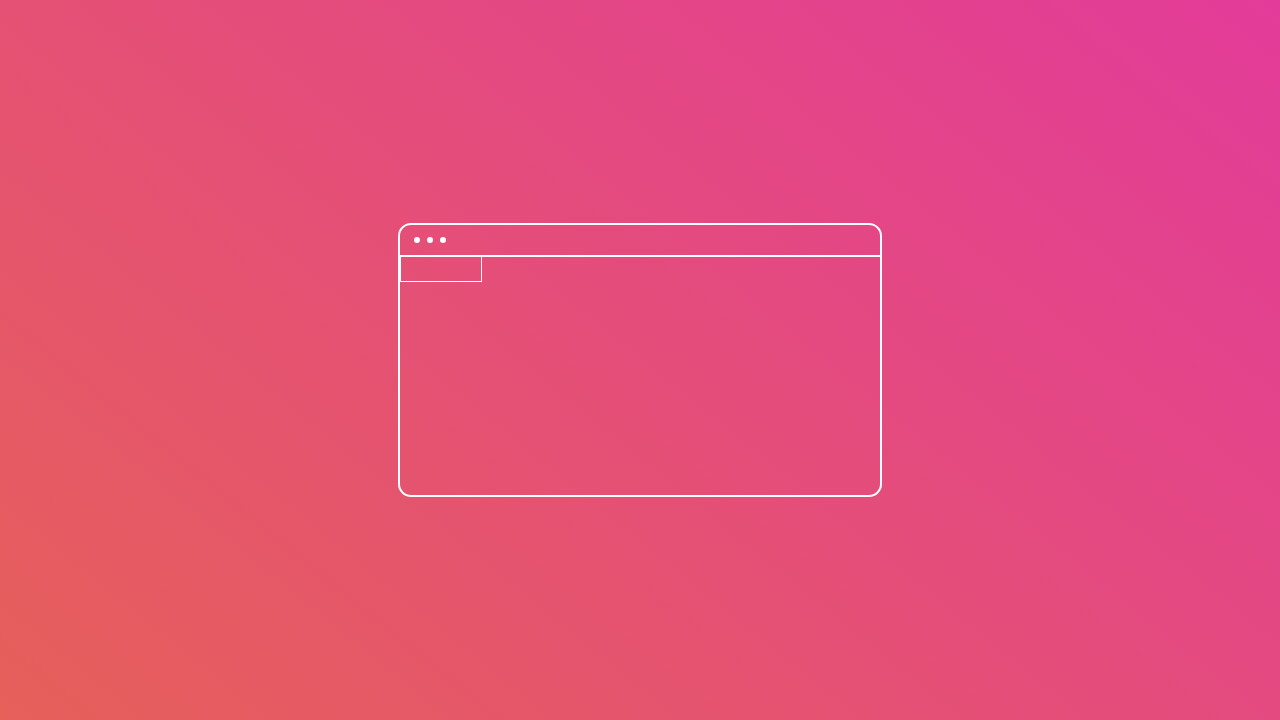
Repository: wrzonki/3d-css
Page: index.html
The author's editor kept a copy of each file at every save. The page is drawn from the files as they stood at one save, then again after the next save.
The browser window is 1280 px wide. The pictures show the whole page.
The style sheet was rebuilt from its Sass, Less or Tailwind sources for each picture, by a compiler version that may differ from the author's.

Above is the page before, as saved 2019-11-25 21:10:14.

### index.html
<!DOCTYPE html>
<html lang="en">
<head>
    <meta charset="UTF-8">
    <meta name="viewport" content="width=device-width, initial-scale=1.0">
    <meta http-equiv="X-UA-Compatible" content="ie=edge">
    <link rel="stylesheet" href="index.css">
    <title>Document</title>
</head>
<body>
    <div id="wrapper">
        <div id="device" class="desktop">
            <div class="nav">
                <div></div>
                <div></div>
                <div></div>
            </div>
            <div class="bar"></div>
            <div class="tab"></div>
        </div>
    </div>
</body>
</html>

### index.scss
body {
    margin: 0;
    padding: 0;
}

#wrapper {
    width: 100vw;
    height: 100vh;
    display: flex;
    justify-content: center;
    align-items: center;
    background: linear-gradient(219deg, #dc00ff, #ec9400);
    background-size: 400% 400%;
    -webkit-animation: AnimationName 13s ease infinite;
    -moz-animation: AnimationName 13s ease infinite;
    -o-animation: AnimationName 13s ease infinite;
    animation: AnimationName 13s ease infinite;
    @-webkit-keyframes AnimationName {
        0%{background-position:22% 0%}
        50%{background-position:79% 100%}
        100%{background-position:22% 0%}
    }
    @-moz-keyframes AnimationName {
        0%{background-position:22% 0%}
        50%{background-position:79% 100%}
        100%{background-position:22% 0%}
    }
    @-o-keyframes AnimationName {
        0%{background-position:22% 0%}
        50%{background-position:79% 100%}
        100%{background-position:22% 0%}
    }
    @keyframes AnimationName {
        0%{background-position:22% 0%}
        50%{background-position:79% 100%}
        100%{background-position:22% 0%}
    }
}


#device {
    border: 2px solid #fff;
    border-radius: 13px;
    position: relative;
    .bar {
        width: 100%;
        height: 2px;
        background-color: #fff;
        position: absolute;
    }
    .nav {
        width: 40px;
        margin-left: 10px;
        height: 30px;
        position: relative;
        display: flex;
        justify-content: space-around;
        align-items: center;
        div {
            width: 6px;
            height: 6px;
            border-radius: 50%;
            background-color: #fff;
        }
    }
    .tab {
        width: 80px;
        height: 25px;
        border: 1px solid #fff;
    }
    $desktopRatioScale: 30px;
    $desktopWidth: 16 ;
    $desktopheight: 9;

    $tabletRatioScale: 80px;
    $tabletWidth: 3;
    $tabletheight: 4;

    $smartphoneRatioScale: 20px;
    $smartphoneWidth: 9;
    $smartphoneheight: 19.5;


    &.desktop {
        width: $desktopWidth * $desktopRatioScale;
        height: $desktopheight * $desktopRatioScale;
        .bar {
            top: 30px;
        }
    }
    &.tablet {
        width: $tabletWidth * $tabletRatioScale;
        height: $tabletheight * $tabletRatioScale;
    }
    &.smartphone {
        width: $smartphoneWidth * $smartphoneRatioScale;
        height: $smartphoneheight * $smartphoneRatioScale;
    }

}

After the next save:
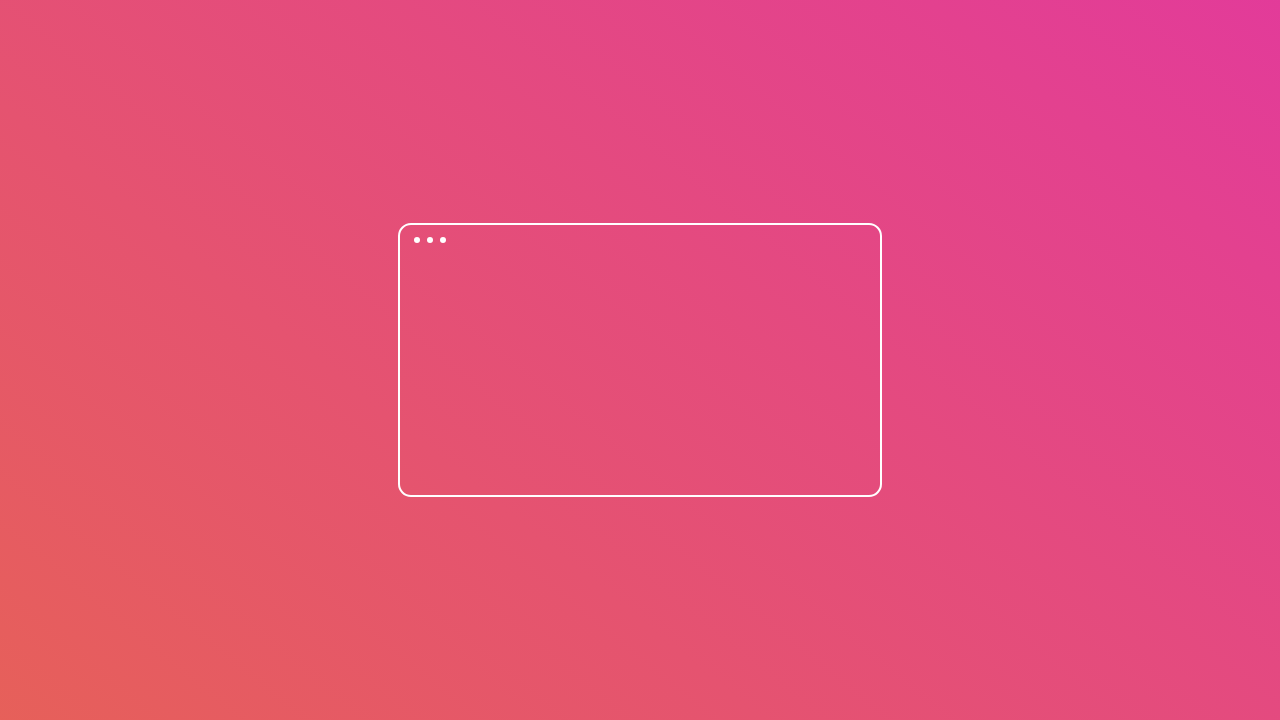
Saved 33 s later.
--- a/index.scss
+++ b/index.scss
@@ -42,12 +42,6 @@ body {
     border: 2px solid #fff;
     border-radius: 13px;
     position: relative;
-    .bar {
-        width: 100%;
-        height: 2px;
-        background-color: #fff;
-        position: absolute;
-    }
     .nav {
         width: 40px;
         margin-left: 10px;
@@ -63,11 +57,7 @@ body {
             background-color: #fff;
         }
     }
-    .tab {
-        width: 80px;
-        height: 25px;
-        border: 1px solid #fff;
-    }
+
     $desktopRatioScale: 30px;
     $desktopWidth: 16 ;
     $desktopheight: 9;
